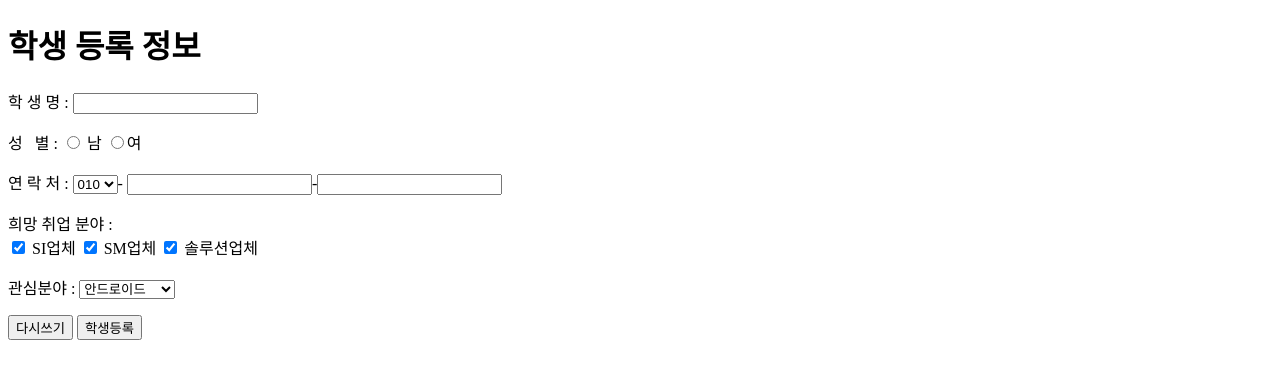
Repository: lopanghub/git_study
Page: http://localhost/JSPStudyCh04Exam/jspFormData02.jsp
An editor plug-in stored every save of this project. The page is shown before and after the next save, followed by the edit.
The browser window is 1280 px wide. The pictures show the whole page.
The page is served by Tomcat 9.

Above is the page before, as saved 2024-04-05 07:50:43.

After the next save:
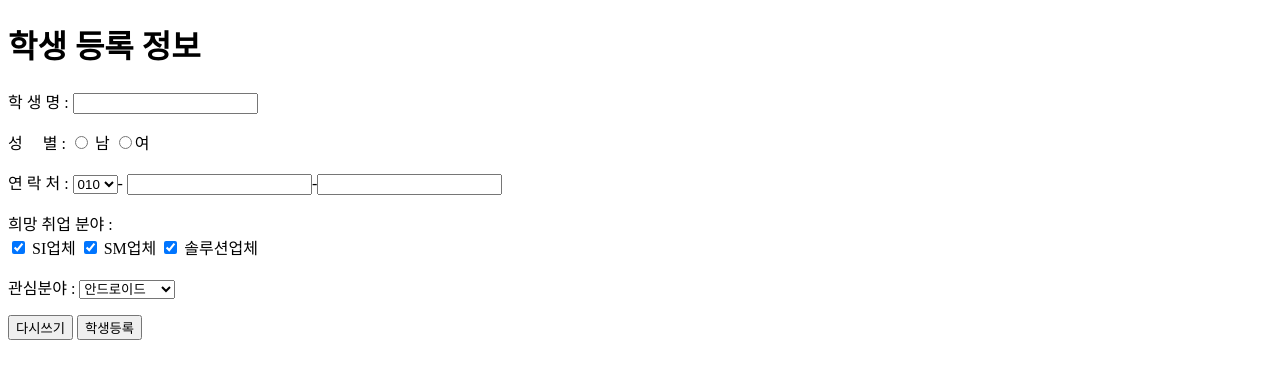
Saved 2 min 19 s later.
--- a/JSPStudy/JSPStudyCh04Exam/src/main/webapp/jspFormData02.jsp
+++ b/JSPStudy/JSPStudyCh04Exam/src/main/webapp/jspFormData02.jsp
@@ -13,7 +13,7 @@
 			학&nbsp;생&nbsp;명 : <input type="text" name="name" />
 		</p>
 		<p>
-			성&nbsp;&nbsp;&nbsp;별 : <input type="radio" name="gender" value="male" /> 남 <input
+			성&nbsp;&nbsp;&nbsp;&nbsp;&nbsp;별 : <input type="radio" name="gender" value="male" /> 남 <input
 				type="radio" name="gender" value="female" />여
 		</p>
 		<p>
